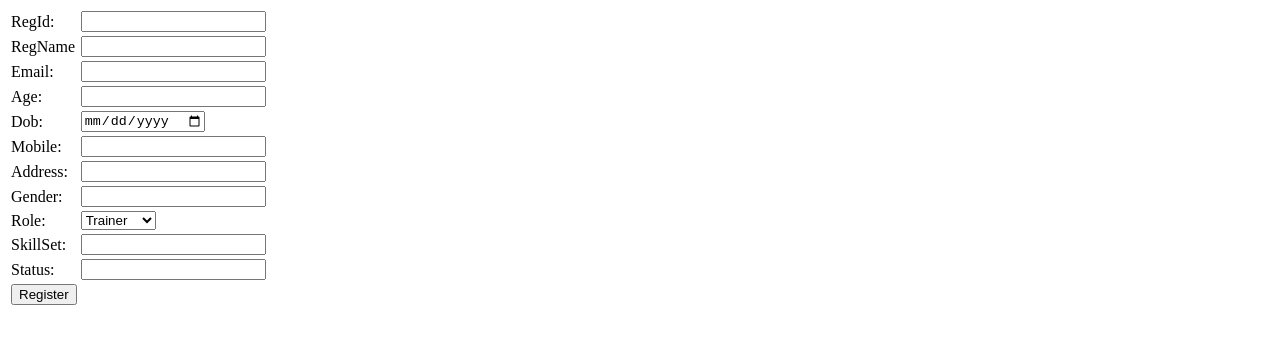
Repository: Karthi-Mano/AdvanceJavaPrograms
Page: http://localhost/CEBProject/
An editor plug-in stored every save of this project. The page is shown before and after the next save, followed by the edit.
The browser window is 1280 px wide. The pictures show the whole page.
The page is served by Tomcat 9. Other server files are loaded and not shown.

Above is the page before, as saved 2018-05-09 18:24:32.

### CEBProject/WebContent/registerform.jsp
<%@ page language="java" contentType="text/html; charset=ISO-8859-1"
    pageEncoding="ISO-8859-1"%>
<!DOCTYPE html PUBLIC "-//W3C//DTD HTML 4.01 Transitional//EN" "http://www.w3.org/TR/html4/loose.dtd">
<html>
<head>
<meta http-equiv="Content-Type" content="text/html; charset=ISO-8859-1">
<title>Insert title here</title>
</head>
<body>

<form action="" method="get">
<table>
<tr><td>RegId:</td><td><input type="text" name=""/></td></tr>
<tr><td>RegName</td><td><input type="text" name=""/></td></tr>
<tr><td>Email:</td><td><input type="text" name=""/></td></tr>
<tr><td>Age:</td><td><input type="text" name=""/></td></tr>
<tr><td>Dob:</td><td><input type="date" name=""/></td></tr>
<tr><td>Mobile:</td><td><input type="text" name=""/></td></tr>
<tr><td>Address:</td><td><input type="text" name=""/></td></tr>
<tr><td>Gender:</td><td><input type="text" name=""/></td></tr>
<tr><td>Role:</td><td><select>
<option>Trainer</option>
<option>Mentor</option>
<option>Manager</option>
</select></td></tr>
<tr><td>SkillSet:</td><td><input type="text" name=""/></td></tr>
<tr><td>Status:</td><td><input type="text" name=""/></td></tr>
<tr><td><input type="submit" value="Register"/></td></tr>
</table>
</form>

</body>
</html>

After the next save:
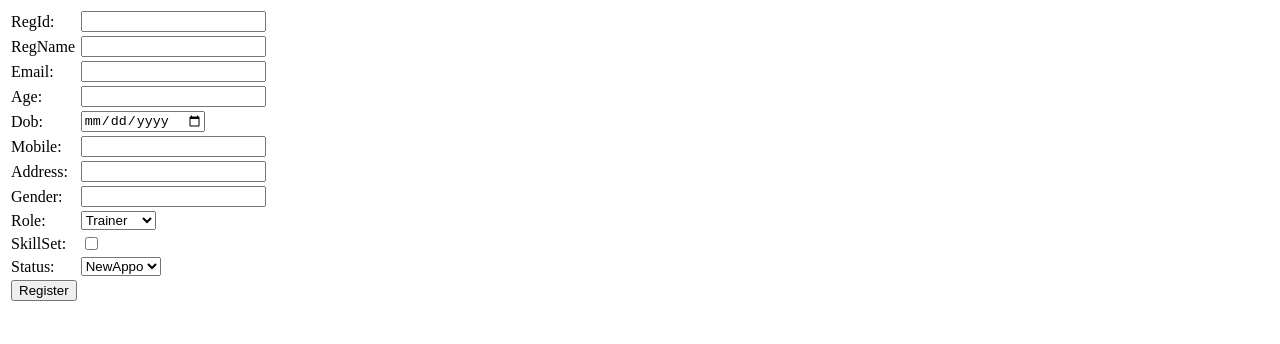
Saved 3 min 58 s later.
--- a/CEBProject/WebContent/registerform.jsp
+++ b/CEBProject/WebContent/registerform.jsp
@@ -23,8 +23,12 @@
 <option>Mentor</option>
 <option>Manager</option>
 </select></td></tr>
-<tr><td>SkillSet:</td><td><input type="text" name=""/></td></tr>
-<tr><td>Status:</td><td><input type="text" name=""/></td></tr>
+<tr><td>SkillSet:</td><td><input type="checkbox" name=""/></td></tr>
+<tr><td>Status:</td><td>
+<select>
+<option>NewAppo</option>
+</select>
+</td></tr>
 <tr><td><input type="submit" value="Register"/></td></tr>
 </table>
 </form>
